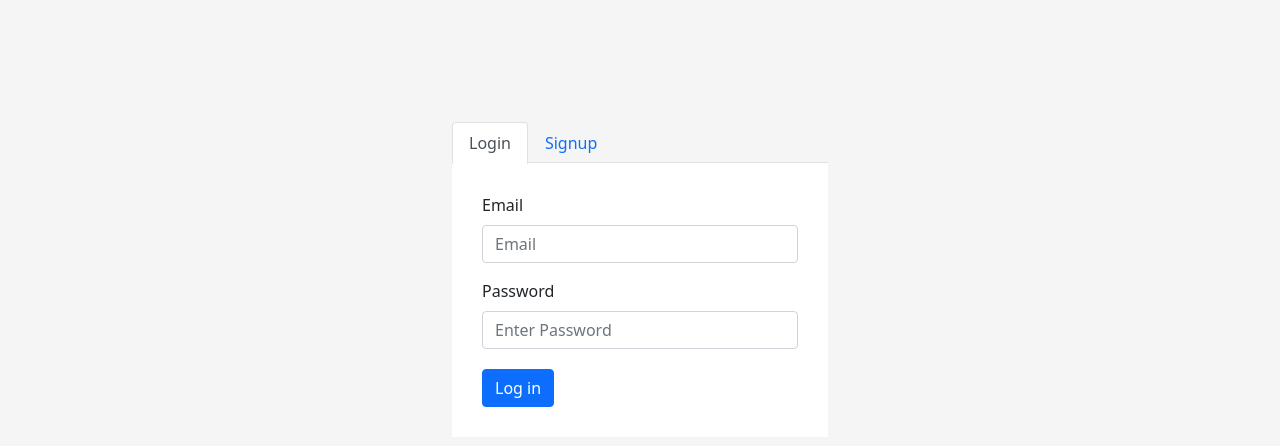
Repository: rabin-bhandari/LOGIN-SIGNUP
Page: http://localhost/
The author's editor kept a copy of each file at every save. The page is drawn from the files as they stood at one save, then again after the next save.
The browser window is 1280 px wide. The pictures show the whole page.
Some web libraries are served in a nearby version. The page is run by PHP 8.4 with error messages shown; the project is at /var/www/html/.

Above is the page before, as saved 2022-03-28 04:46:03.

After the next save:
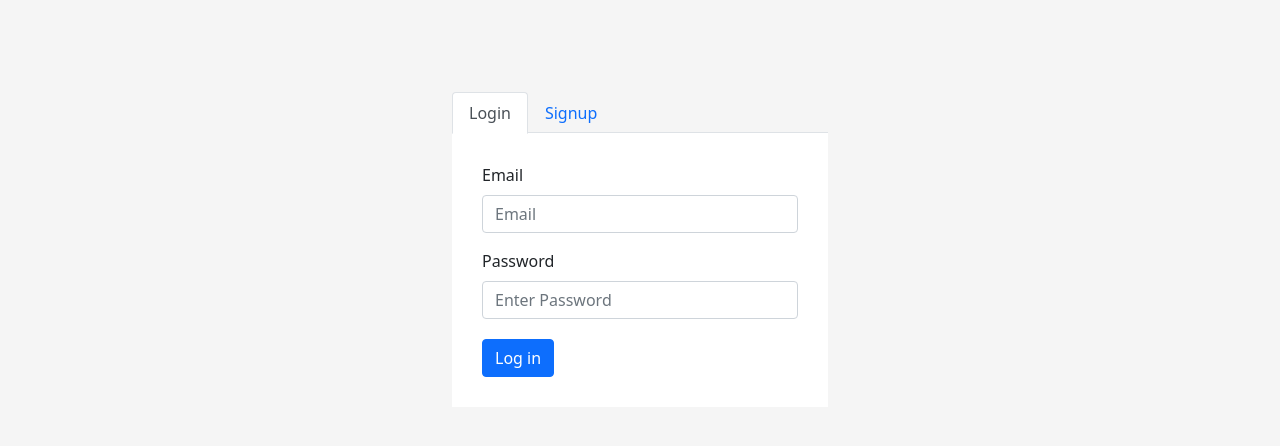
Saved 3 min 27 s later.
--- a/main.css
+++ b/main.css
@@ -9,7 +9,7 @@ body {
 .container {
   display: table;
   max-width: 400px;
-  margin: 50px auto;
+  margin: 20px auto;
 }
 
 .nav-tabs .nav-link {
